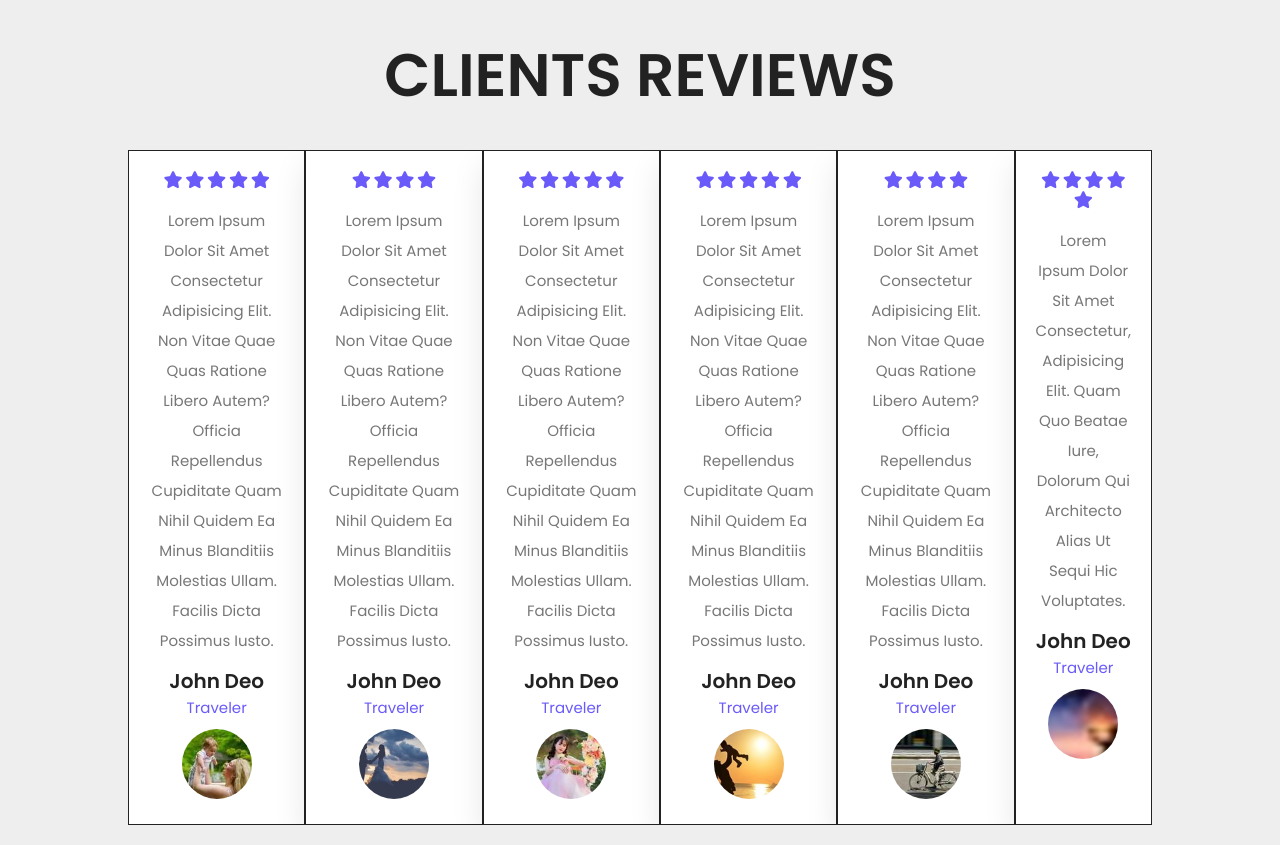
Repository: CTCuong/Traveloka-Web
Page: assets/about.html
An editor plug-in stored every save of this project. The page is shown before and after the next save, followed by the edit.
The browser window is 1280 px wide. The pictures show the part of the page from y = 1059 to 1904 px (the page is 2580 px tall before and 2550 px after).
Pictures or frames that could not be fetched are drawn as grey boxes. A picture or video elsewhere on the page could not be fetched, so the positions and the page height are approximate. Backgrounds fixed to the window are drawn as part of the page.

Above is the page before, as saved 2023-07-07 11:17:41.

After the next save:
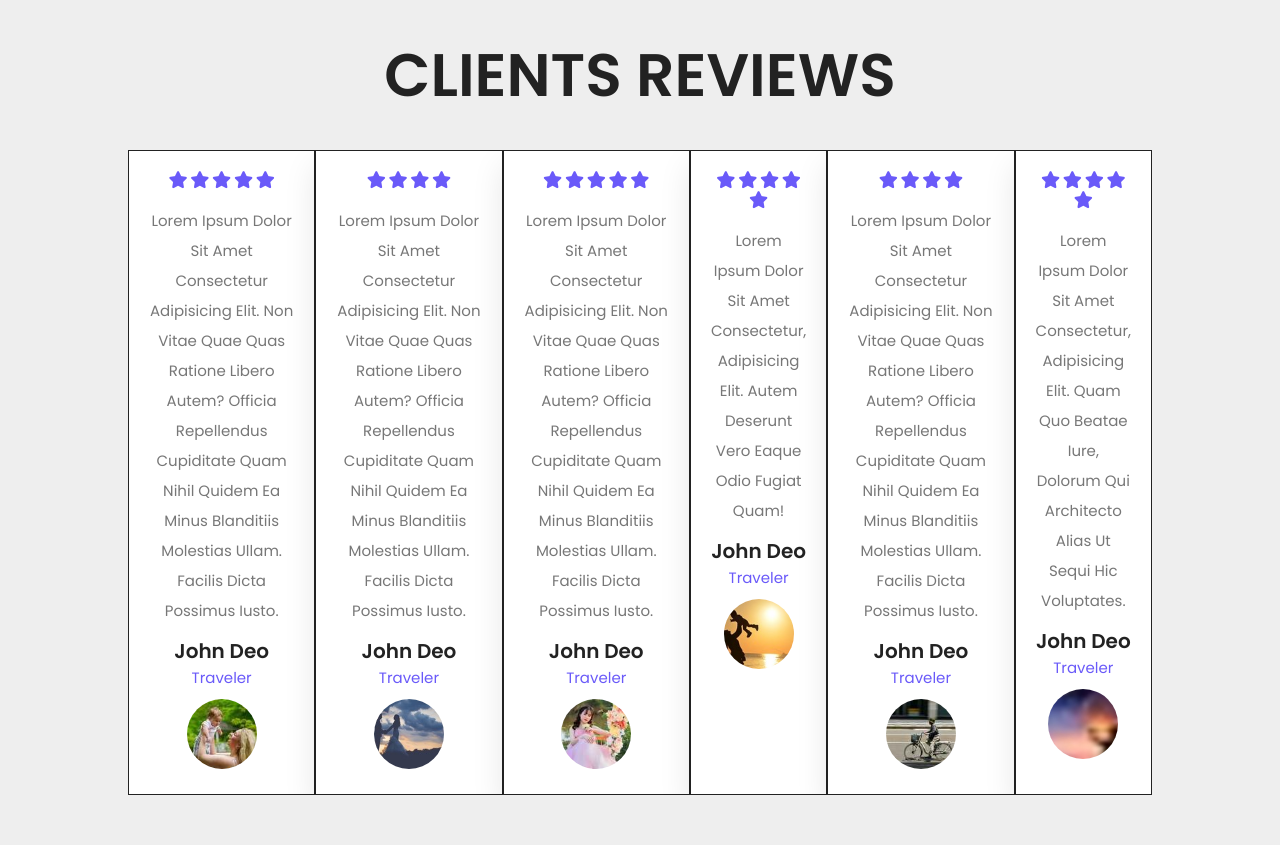
Saved 45 s later.
--- a/assets/about.html
+++ b/assets/about.html
@@ -141,9 +141,7 @@
                         <i class="fas fa-star"></i>
                         <i class="fas fa-star"></i>
                     </div>
-                    <p>Lorem ipsum dolor sit amet consectetur adipisicing elit.
-                    Non vitae quae quas ratione libero autem? Officia repellendus cupiditate quam nihil
-                    quidem ea minus blanditiis molestias ullam. Facilis dicta possimus iusto.</p>
+                    <p>Lorem ipsum dolor sit amet consectetur, adipisicing elit. Autem deserunt vero eaque odio fugiat quam!</p>
                     <h3>john deo</h3>
                     <span>traveler</span>
                     <img src="/assets/image/reviews/4.jpg" alt="">
@@ -174,7 +172,8 @@
                         <i class="fas fa-star"></i>
                         <i class="fas fa-star"></i>
                     </div>
-                    <p>Lorem ipsum dolor sit amet consectetur, adipisicing elit. Quam quo beatae iure, dolorum qui architecto alias ut sequi hic voluptates.</p>
+                    <p>Lorem ipsum dolor sit amet consectetur, adipisicing elit.
+                     Quam quo beatae iure, dolorum qui architecto alias ut sequi hic voluptates.</p>
                     <h3>john deo</h3>
                     <span>traveler</span>
                     <img src="/assets/image/reviews/6.jpg" alt="">
